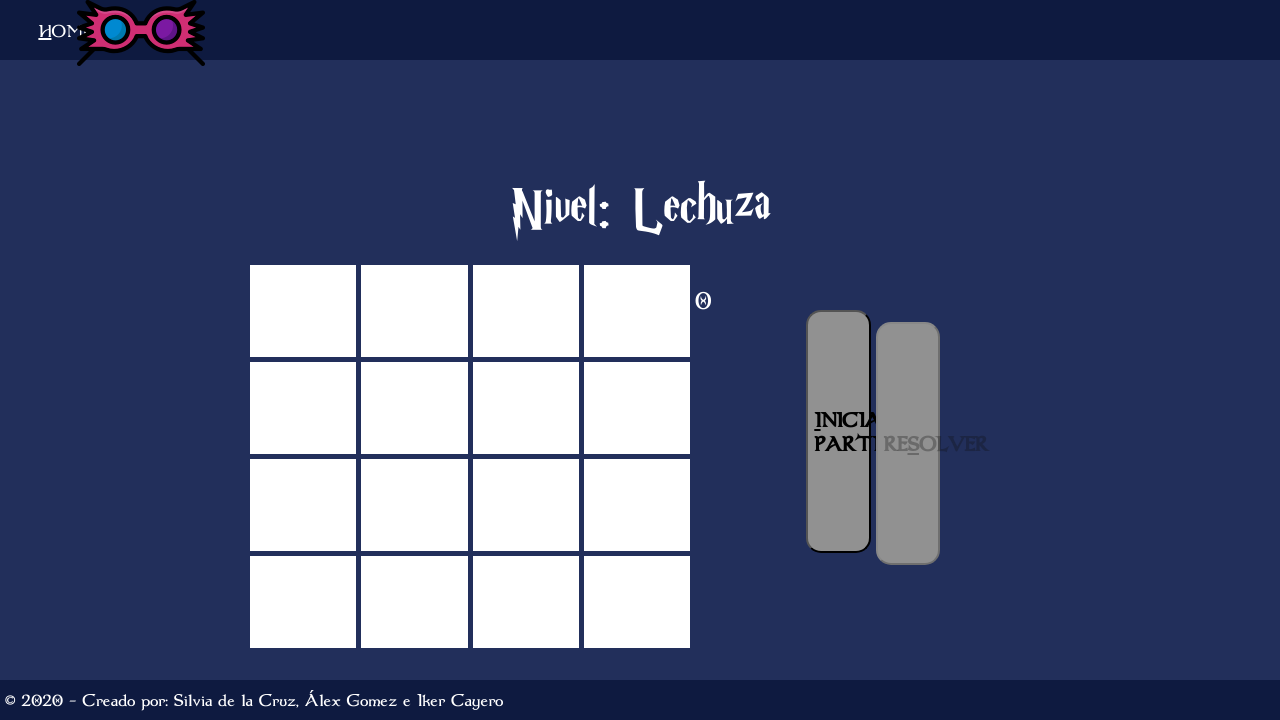
Repository: alexgomezdev/RavenclawSimon
Page: http://localhost/start.php?do=tryagain
An editor plug-in stored every save of this project. The page is shown before and after the next save, followed by the edit.
The browser window is 1280 px wide. The pictures show the whole page.
The page is run by PHP 8.4 with error messages shown; the project is at /var/www/html/.

Above is the page before, as saved 2020-11-06 16:02:08.

After the next save:
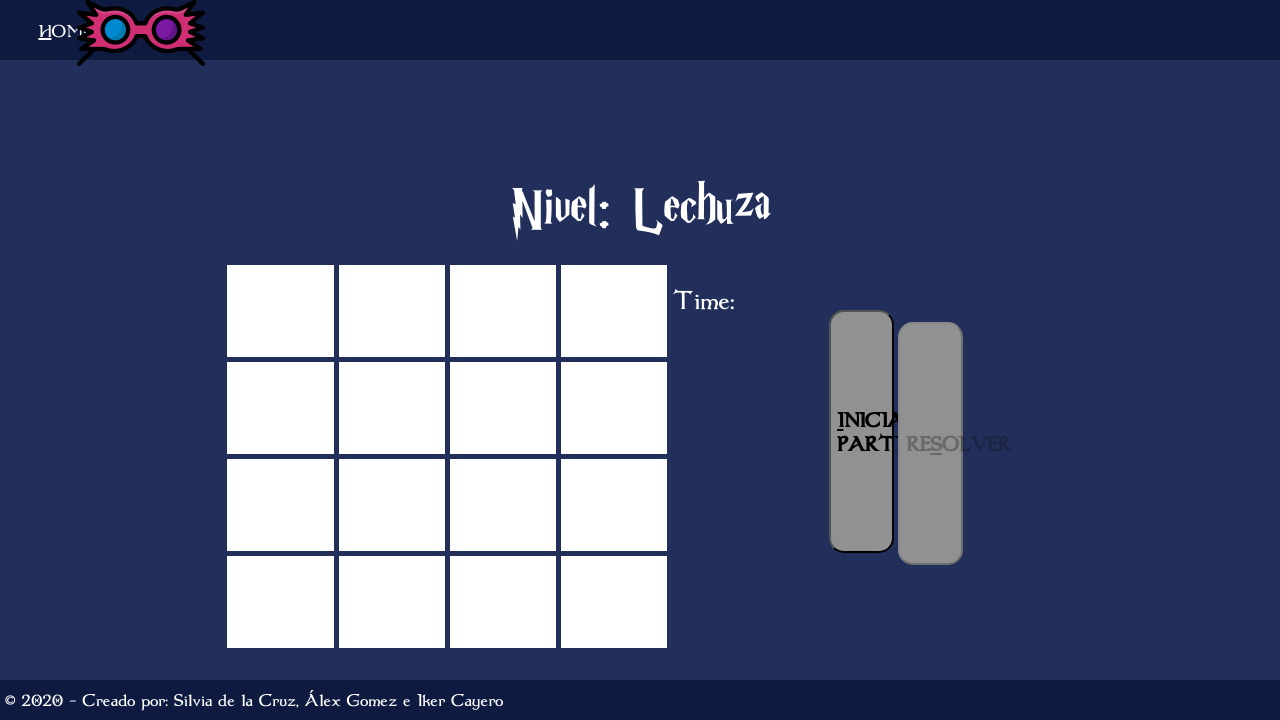
Saved 57 s later.
--- a/js/playing.js
+++ b/js/playing.js
@@ -52,7 +52,6 @@
     document.getElementById('solve').play();
 };
 
-window.onload = updateClock;
 var totalTime = segons / 1000;
 function updateClock() {
 document.getElementById('countdown').innerHTML = totalTime;
